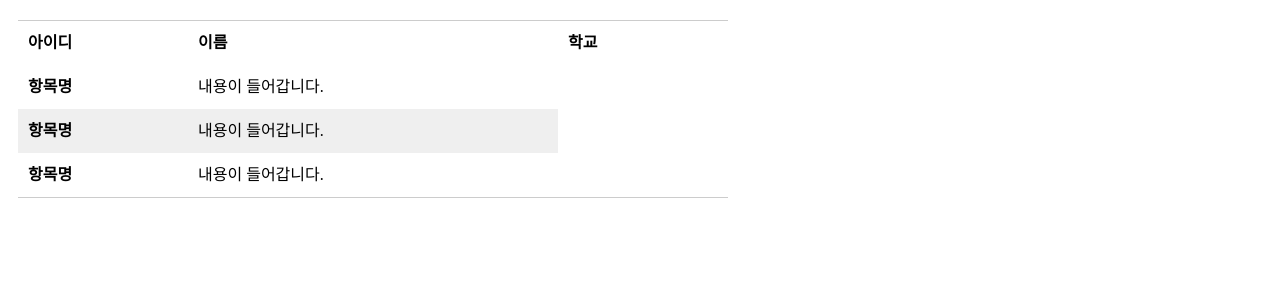
Repository: LeeHyukJe/LHJ
Page: http://localhost/mybbs/mybbs/member_list.jsp
An editor plug-in stored every save of this project. The page is shown before and after the next save, followed by the edit.
The browser window is 1280 px wide. The pictures show the whole page.
The page is served by Tomcat 9.

Above is the page before, as saved 2017-09-25 00:31:35.

After the next save:
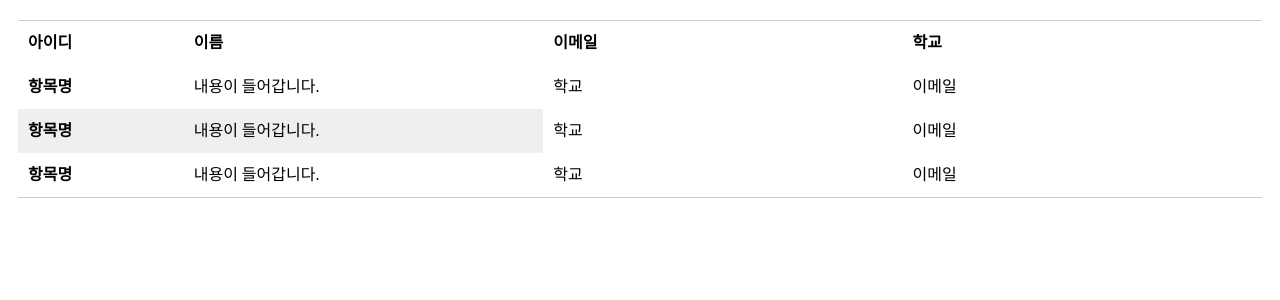
Saved 111 s later.
--- a/mybbs/WebContent/mybbs/member_list.jsp
+++ b/mybbs/WebContent/mybbs/member_list.jsp
@@ -12,19 +12,26 @@
 	<tr>
 	<th>아이디</th>
 	<th>이름</th>
+	<th>이메일</th>
 	<th>학교</th>
 	</tr>
     <tr>
         <th scope="row">항목명</th>
         <td>내용이 들어갑니다.</td>
+        <td>학교</td>
+        <td>이메일</td>
     </tr>
     <tr>
         <th scope="row" class="even">항목명</th>
         <td class="even">내용이 들어갑니다.</td>
+        <td>학교</td>
+        <td>이메일</td>
     </tr>
     <tr>
         <th scope="row">항목명</th>
         <td>내용이 들어갑니다.</td>
+        <td>학교</td>
+        <td>이메일</td>
     </tr>
 </table>
 
